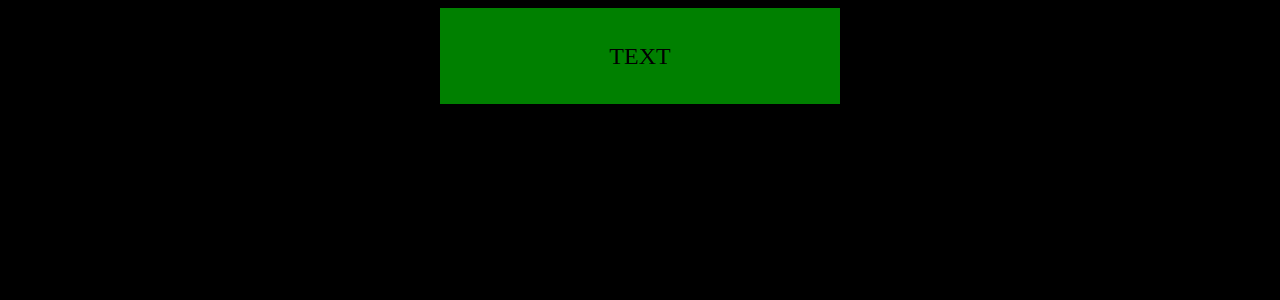
Repository: rajratangm/xcalculator
Page: /
These files come from the project's save history. The page is drawn as it stood at one moment and after a run of saves; the edit follows.
The browser window is 1280 px wide. The pictures show the whole page.
The project was rebuilt for these pictures with package versions that can differ from the ones it lists, and the page was loaded fresh each time. Also part of the build but not shown: vite.config.js, src/Component/Keyboard.jsx.

Above is the page before, as saved 2024-04-02 18:54:37.

### src/App.jsx
import { useState } from 'react'
import Button from './Component/Button/Button'

import './App.css'
import Keyboard from './Component/Keyboard'

function App() {


  return (
    <div className='App'>

    <div className='calculator-wrapper'>

    <Button/>
    </div>

    </div>
  )
}

export default App

### src/Component/Button/Button.jsx
import './Button.css'


const Button=()=>{
    return <div className='button-wrapper'>
TEXT
    </div>
}

export default Button

### src/App.css
body{
  background-color: black;

}

.App{
  display: flex;
  justify-content: center;
  align-items: center;
}

.calculator-wrapper{
  background-color:white;
  width:400px;
  border-radius: 16px;

}

### src/Component/Button/Button.css
.button-wrapper{
    height: 4em;
    display: flex;
    align-items: center;
    justify-content: center;
    font-size: 24px;
    background-color:green;


}

Loaded but not shown: index.html (common file); src/main.jsx (common file)

After the next 3 saves:
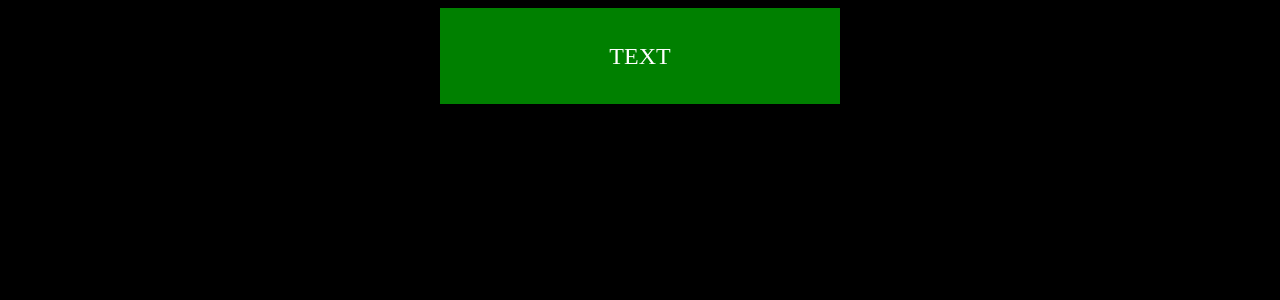
The 3 saves are shown as one change because they came seconds apart.
The last was saved 12 s later.
--- a/src/Component/Button/Button.css
+++ b/src/Component/Button/Button.css
@@ -5,6 +5,7 @@
     justify-content: center;
     font-size: 24px;
     background-color:green;
-
+    color:white;
+    flex
 
 }
